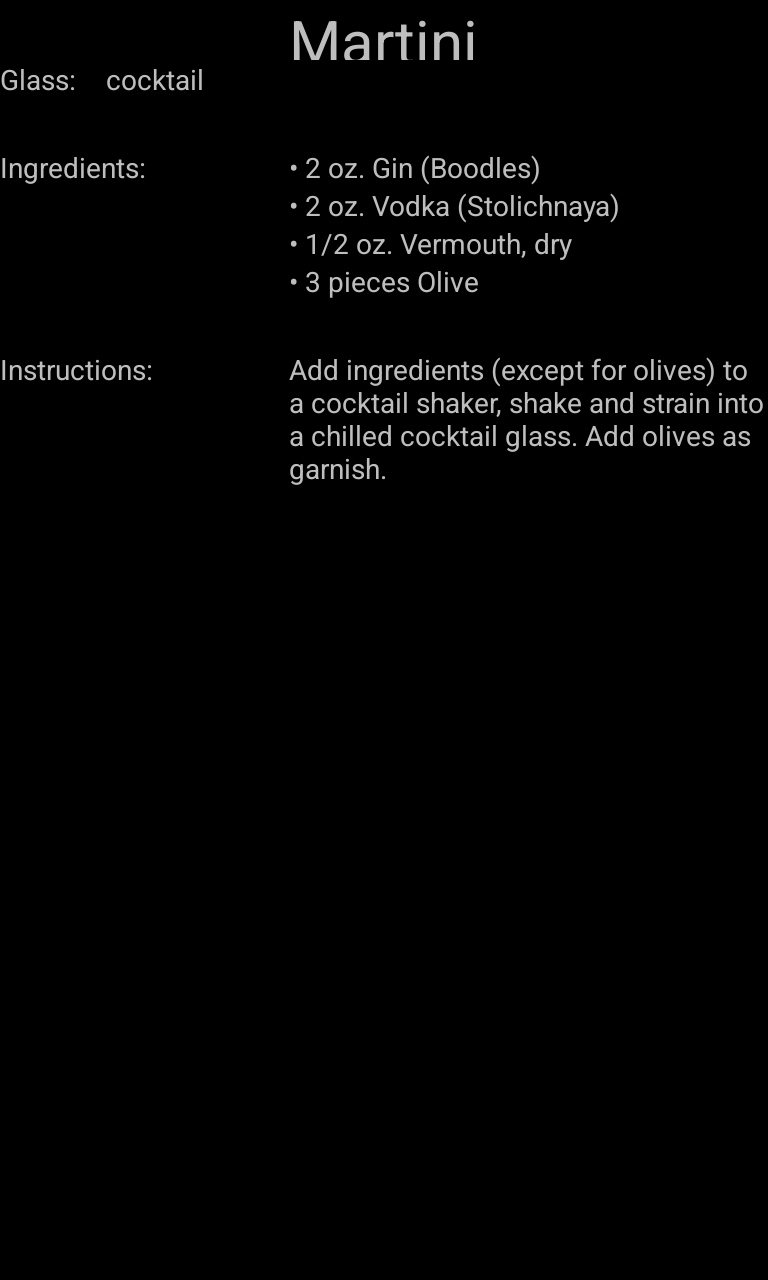
Repository: caltangelo/Drinkables
Layout: CocktailView/res/layout/main.xml
The author's editor kept a copy of each file at every save. The layout is drawn from the files as they stood at one save, then again after the next save.
It is drawn on a 768 x 1280 px phone screen (xhdpi) without system bars, with theme android:Theme; the app's code is not run.

Above is the layout before, as saved 2011-09-22 20:46:09.

After the next save:
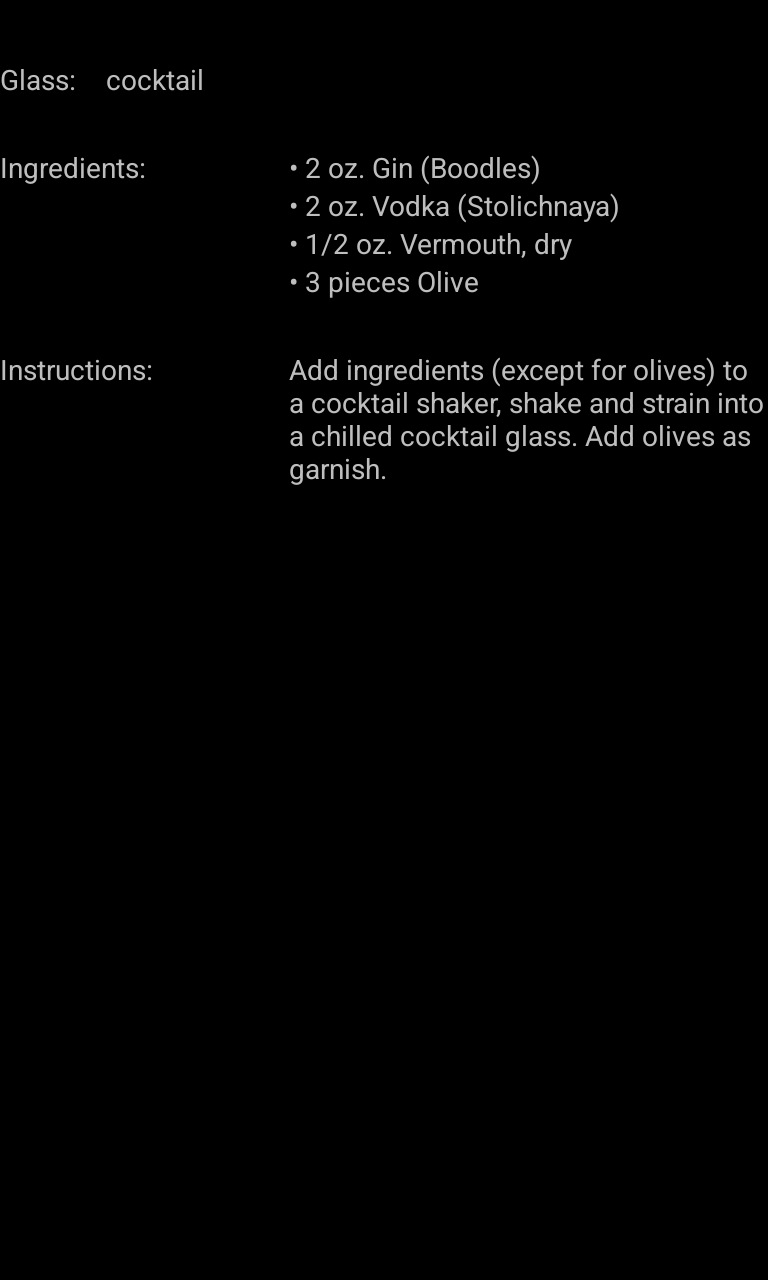
Saved 51 s later.
--- a/CocktailView/res/layout/main.xml
+++ b/CocktailView/res/layout/main.xml
@@ -5,7 +5,7 @@
 	<TextView android:id="@+id/drinkname" android:layout_height="30sp"
 		android:textSize="30sp" android:text="@string/drink_name"
 		android:layout_width="wrap_content" android:layout_alignParentTop="true"
-		android:layout_centerHorizontal="true" android:textStyle="underline"/>
+		android:layout_centerHorizontal="true" android:textAppearance="underline"/>
 
 	<TextView android:id="@+id/glass_label" android:layout_width="wrap_content"
 		android:layout_height="wrap_content" android:layout_below="@id/drinkname"

After the save that followed:
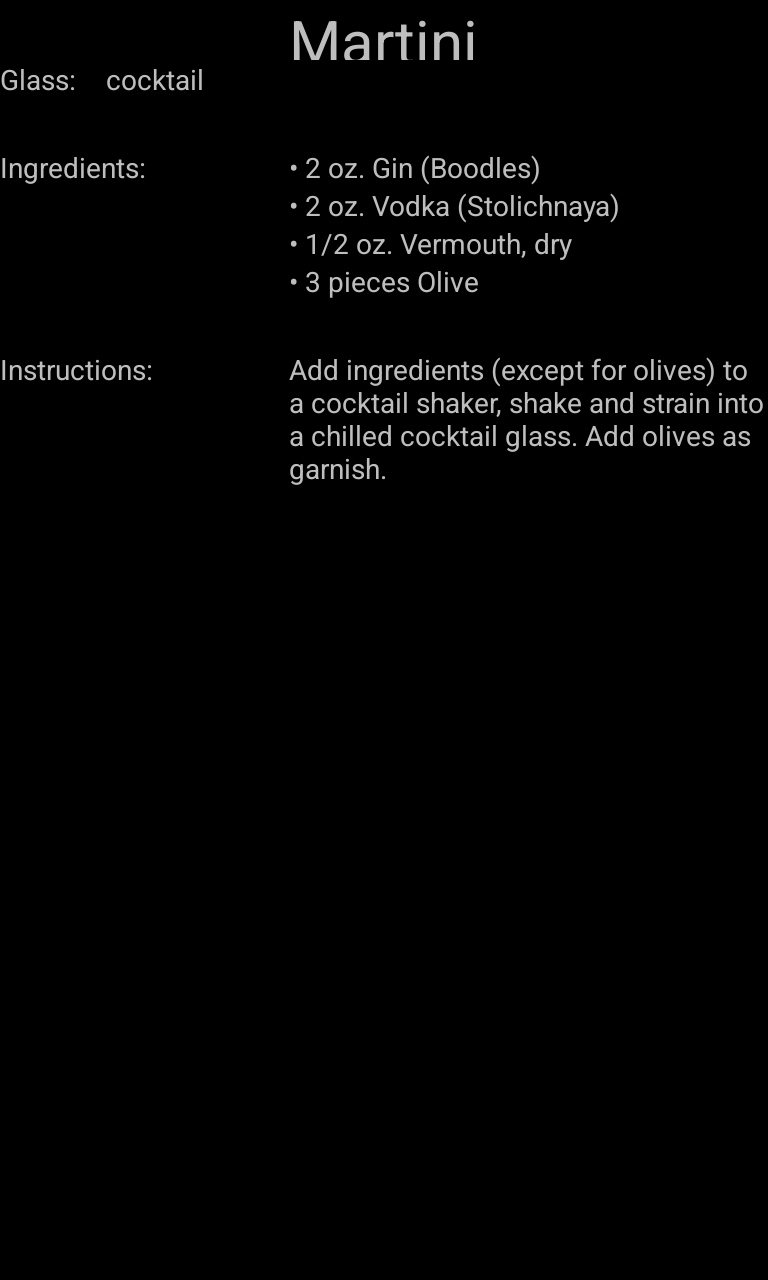
Saved 89 s later.
--- a/CocktailView/res/layout/main.xml
+++ b/CocktailView/res/layout/main.xml
@@ -5,7 +5,7 @@
 	<TextView android:id="@+id/drinkname" android:layout_height="30sp"
 		android:textSize="30sp" android:text="@string/drink_name"
 		android:layout_width="wrap_content" android:layout_alignParentTop="true"
-		android:layout_centerHorizontal="true" android:textAppearance="underline"/>
+		android:layout_centerHorizontal="true" />
 
 	<TextView android:id="@+id/glass_label" android:layout_width="wrap_content"
 		android:layout_height="wrap_content" android:layout_below="@id/drinkname"
